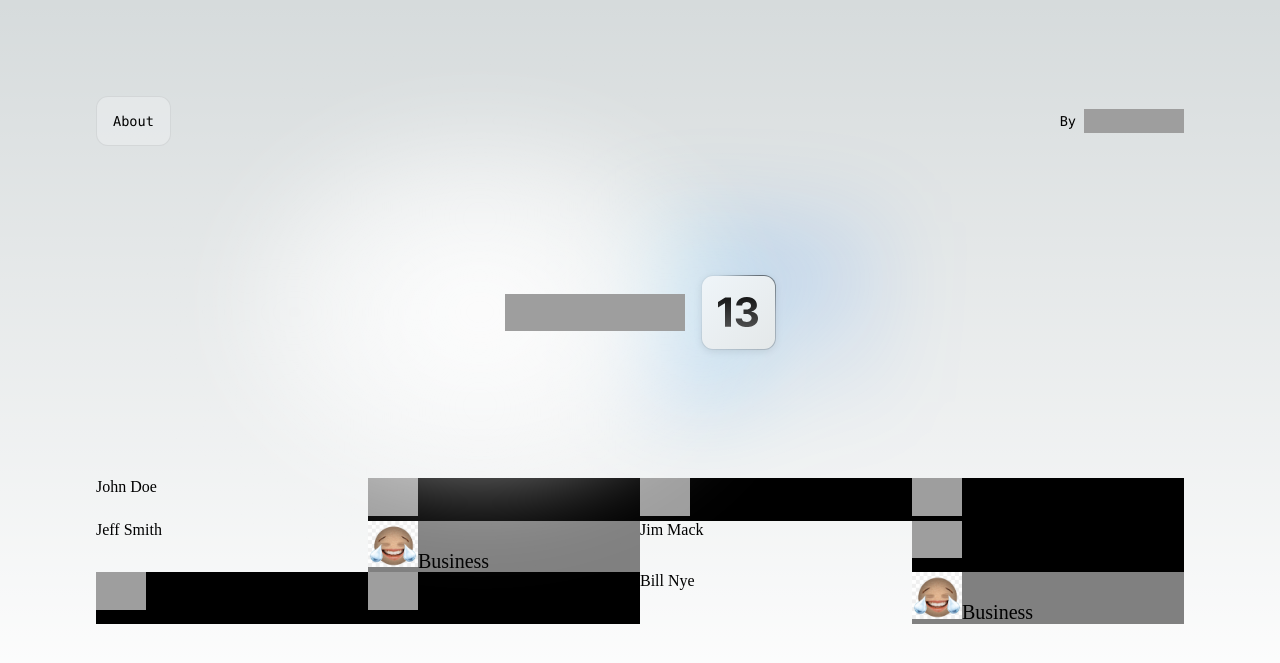
Repository: karthur1/class-example-3
Page: /
An editor plug-in stored every save of this project. The page is shown before and after the next save, followed by the edit.
The browser window is 1280 px wide. The pictures show the whole page.
Pictures or frames that could not be fetched are drawn as grey boxes. The project was rebuilt for these pictures with package versions that can differ from the ones it lists, and the page was loaded fresh each time. The framework's server and built-in components were replaced by stand-ins that run in the browser. Also part of the build but not shown: next.config.js.

Above is the page before, as saved 2023-01-20 23:54:43.

### pages/index.js
import Head from 'next/head'
import Image from 'next/image'
import { Inter } from '@next/font/google'
import styles from '@/styles/Home.module.css'
import data from '../data/employees.json'
import {useState} from 'react'
import Card from '../components/Card'
import Link from 'next/link'


const inter = Inter({ subsets: ['latin'] })

export default function Home() {

  console.log(data)
  const [information, setInformation] = useState([...data])
  console.log(information)

  return (
    <>
      <Head>
        <title>Create Next App</title>
        <meta name="description" content="Generated by create next app" />
        <meta name="viewport" content="width=device-width, initial-scale=1" />
        <link rel="icon" href="/favicon.ico" />
      </Head>
      <main className={styles.main}>
        <div className={styles.description}>
          <p>
          <Link href="about">About</Link>

          </p>
          <div>
            <a
              href="https://vercel.com?utm_source=create-next-app&utm_medium=default-template&utm_campaign=create-next-app"
              target="_blank"
              rel="noopener noreferrer"
            >
              By{' '}
              <Image
                src="/vercel.svg"
                alt="Vercel Logo"
                className={styles.vercelLogo}
                width={100}
                height={24}
                priority
              />
            </a>
          </div>
        </div>

        <div className={styles.center}>
          <Image
            className={styles.logo}
            src="/next.svg"
            alt="Next.js Logo"
            width={180}
            height={37}
            priority
          />
          <div className={styles.thirteen}>
            <Image
              src="/thirteen.svg"
              alt="13"
              width={40}
              height={31}
              priority
            />
          </div>
        </div>

        <div className={styles.grid}>
          <div>John Doe</div>
          {information && information.map((info, index) => {
            if(info.department === "Business") {
              return(
              <Card key={index} degree={info.degree} colour="black" font="20px"/>
            )
          }
        })}
                  <div>Jeff Smith</div>
          {information && information.map((info, index) => {
            if(info.department === "Computing") {

             return(
              <Card key={index} degree={info.degree} colour="grey" font="20px"/>
             )
          }
        })}
                    <div>Jim Mack</div>
          {information && information.map((info, index) => {
            if(info.department === "Business") {

             return(
              <Card key={index} degree={info.degree} colour="black" font="20px"/>
             )
          }
        })}
                    <div>Bill Nye</div>
          {information && information.map((info, index) => {
            if(info.department === "Computing") {

             return(
              <Card key={index} degree={info.degree} colour="grey" font="20px"/>
             )
          }
        })}
        </div>
      </main>
    </>
  )
}

### styles/Home.module.css
.main {
  display: flex;
  flex-direction: column;
  justify-content: space-between;
  align-items: center;
  padding: 6rem;
  min-height: 100vh;
}

.description {
  display: inherit;
  justify-content: inherit;
  align-items: inherit;
  font-size: 0.85rem;
  max-width: var(--max-width);
  width: 100%;
  z-index: 2;
  font-family: var(--font-mono);
}

.description a {
  display: flex;
  justify-content: center;
  align-items: center;
  gap: 0.5rem;
}

.description p {
  position: relative;
  margin: 0;
  padding: 1rem;
  background-color: rgba(var(--callout-rgb), 0.5);
  border: 1px solid rgba(var(--callout-border-rgb), 0.3);
  border-radius: var(--border-radius);
}

.code {
  font-weight: 700;
  font-family: var(--font-mono);
}

.grid {
  display: grid;
  grid-template-columns: repeat(4, minmax(25%, auto));
  width: var(--max-width);
  max-width: 100%;
}



.card {
  padding: 1rem 1.2rem;
  border-radius: var(--border-radius);
  background: rgba(var(--card-rgb), 0);
  border: 1px solid rgba(var(--card-border-rgb), 0);
  transition: background 200ms, border 200ms;
}

.card span {
  display: inline-block;
  transition: transform 200ms;
}

.card h2 {
  font-weight: 600;
  margin-bottom: 0.7rem;
}

.card p {
  margin: 0;
  opacity: 0.6;
  font-size: 0.9rem;
  line-height: 1.5;
  max-width: 30ch;
}

.center {
  display: flex;
  justify-content: center;
  align-items: center;
  position: relative;
  padding: 4rem 0;
}

.center::before {
  background: var(--secondary-glow);
  border-radius: 50%;
  width: 480px;
  height: 360px;
  margin-left: -400px;
}

.center::after {
  background: var(--primary-glow);
  width: 240px;
  height: 180px;
  z-index: -1;
}

.center::before,
.center::after {
  content: '';
  left: 50%;
  position: absolute;
  filter: blur(45px);
  transform: translateZ(0);
}

.logo,
.thirteen {
  position: relative;
}

.thirteen {
  display: flex;
  justify-content: center;
  align-items: center;
  width: 75px;
  height: 75px;
  padding: 25px 10px;
  margin-left: 16px;
  transform: translateZ(0);
  border-radius: var(--border-radius);
  overflow: hidden;
  box-shadow: 0px 2px 8px -1px #0000001a;
}

.thirteen::before,
.thirteen::after {
  content: '';
  position: absolute;
  z-index: -1;
}

/* Conic Gradient Animation */
.thirteen::before {
  animation: 6s rotate linear infinite;
  width: 200%;
  height: 200%;
  background: var(--tile-border);
}

/* Inner Square */
.thirteen::after {
  inset: 0;
  padding: 1px;
  border-radius: var(--border-radius);
  background: linear-gradient(
    to bottom right,
    rgba(var(--tile-start-rgb), 1),
    rgba(var(--tile-end-rgb), 1)
  );
  background-clip: content-box;
}

/* Enable hover only on non-touch devices */
@media (hover: hover) and (pointer: fine) {
  .card:hover {
    background: rgba(var(--card-rgb), 0.1);
    border: 1px solid rgba(var(--card-border-rgb), 0.15);
  }

  .card:hover span {
    transform: translateX(4px);
  }
}

@media (prefers-reduced-motion) {
  .thirteen::before {
    animation: none;
  }

  .card:hover span {
    transform: none;
  }
}

/* Mobile */
@media (max-width: 700px) {
  .content {
    padding: 4rem;
  }

  .grid {
    grid-template-columns: 1fr;
    margin-bottom: 120px;
    max-width: 320px;
    text-align: center;
  }

  .card {
    padding: 1rem 2.5rem;
  }

  .card h2 {
    margin-bottom: 0.5rem;
  }

  .center {
    padding: 8rem 0 6rem;
  }

  .center::before {
    transform: none;
    height: 300px;
  }

  .description {
    font-size: 0.8rem;
  }

  .description a {
    padding: 1rem;
  }

  .description p,
  .description div {
    display: flex;
    justify-content: center;
    position: fixed;
    width: 100%;
  }

  .description p {
    align-items: center;
    inset: 0 0 auto;
    padding: 2rem 1rem 1.4rem;
    border-radius: 0;
    border: none;
    border-bottom: 1px solid rgba(var(--callout-border-rgb), 0.25);
    background: linear-gradient(
      to bottom,
      rgba(var(--background-start-rgb), 1),
      rgba(var(--callout-rgb), 0.5)
    );
    background-clip: padding-box;
    backdrop-filter: blur(24px);
  }

  .description div {
    align-items: flex-end;
    pointer-events: none;
    inset: auto 0 0;
    padding: 2rem;
    height: 200px;
    background: linear-gradient(
      to bottom,
      transparent 0%,
      rgb(var(--background-end-rgb)) 40%
    );
    z-index: 1;
  }
}

/* Tablet and Smaller Desktop */
@media (min-width: 701px) and (max-width: 1120px) {
  .grid {
    grid-template-columns: repeat(2, 50%);
  }
}

@media (prefers-color-scheme: dark) {
  .vercelLogo {
    filter: invert(1);
  }

  .logo,
  .thirteen img {
    filter: invert(1) drop-shadow(0 0 0.3rem #ffffff70);
  }
}

@keyframes rotate {
  from {
    transform: rotate(360deg);
  }
  to {
    transform: rotate(0deg);
  }
}

### data/employees.json
[
    {
        "firstName": "John Doe",
        "bloodType": "AB",
        "department": "Business",
        "degree": "Finance",
        "graduted": 2004
    },
    {
        "firstName": "Jeff Smith",
        "bloodType": "A",
        "department": "Business",
        "degree": "Finance",
        "graduted": 2009
    },
    {
        "firstName": "Jim Mack",
        "bloodType": "A",
        "department": "Business",
        "degree": "Business",
        "graduted": 2009
    },
    {
        "firstName": "Bill Nye",
        "bloodType": "A",
        "department": "Computing",
        "degree": "Business",
        "graduted": 2010
    }
]

### components/Card/index.js
export default function Card( {
   degree = "none",
   colour = "purple",
   font = "0",
   images = "icons/icon3.png"

    }) {   return(
        <div style={{backgroundColor: colour, fontSize:font}}>
                {
                    colour === "red" ? <img src={'icons/icon2.png'} width="50"/>:
                    colour === "grey" ? <img src={'icons/icon3.jpg'} width="50"/>:
                                        <img src={images} width="50"/>
                }
                {degree}

        </div>
    )
}

Loaded but not shown: pages/_app.js (common file); pages/_document.js (common file); styles/globals.css (common file)

After the next save:
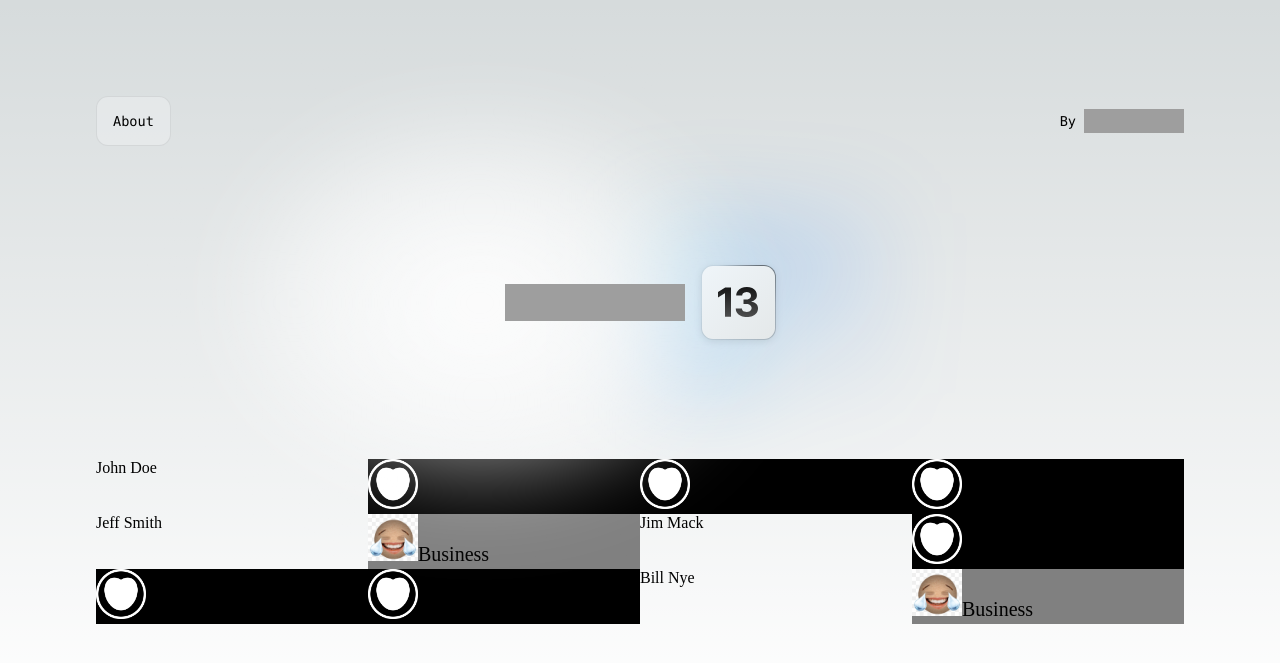
Saved 7 s later.
--- a/components/Card/index.js
+++ b/components/Card/index.js
@@ -7,7 +7,7 @@
     }) {   return(
         <div style={{backgroundColor: colour, fontSize:font}}>
                 {
-                    colour === "red" ? <img src={'icons/icon2.png'} width="50"/>:
+                    colour === "black" ? <img src={'icons/icon2.png'} width="50"/>:
                     colour === "grey" ? <img src={'icons/icon3.jpg'} width="50"/>:
                                         <img src={images} width="50"/>
                 }
